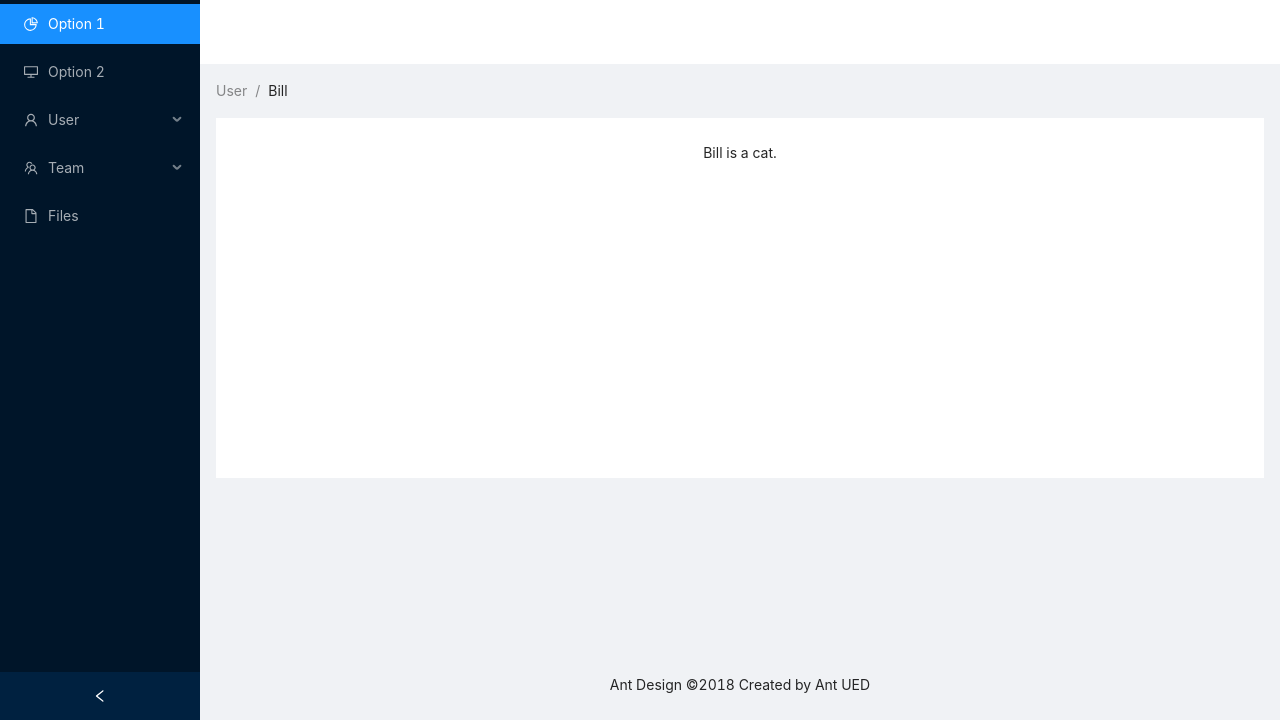
Repository: xstnet/starfire-cloud-fe
Page: /
These files come from the project's save history. The page is drawn as it stood at one moment and after the next save; the edit follows.
The browser window is 1280 px wide. The pictures show the whole page.
The project was rebuilt for these pictures with package versions that can differ from the ones it lists, and the page was loaded fresh each time.

Above is the page before, as saved 2021-09-12 16:08:40.

After the next save:
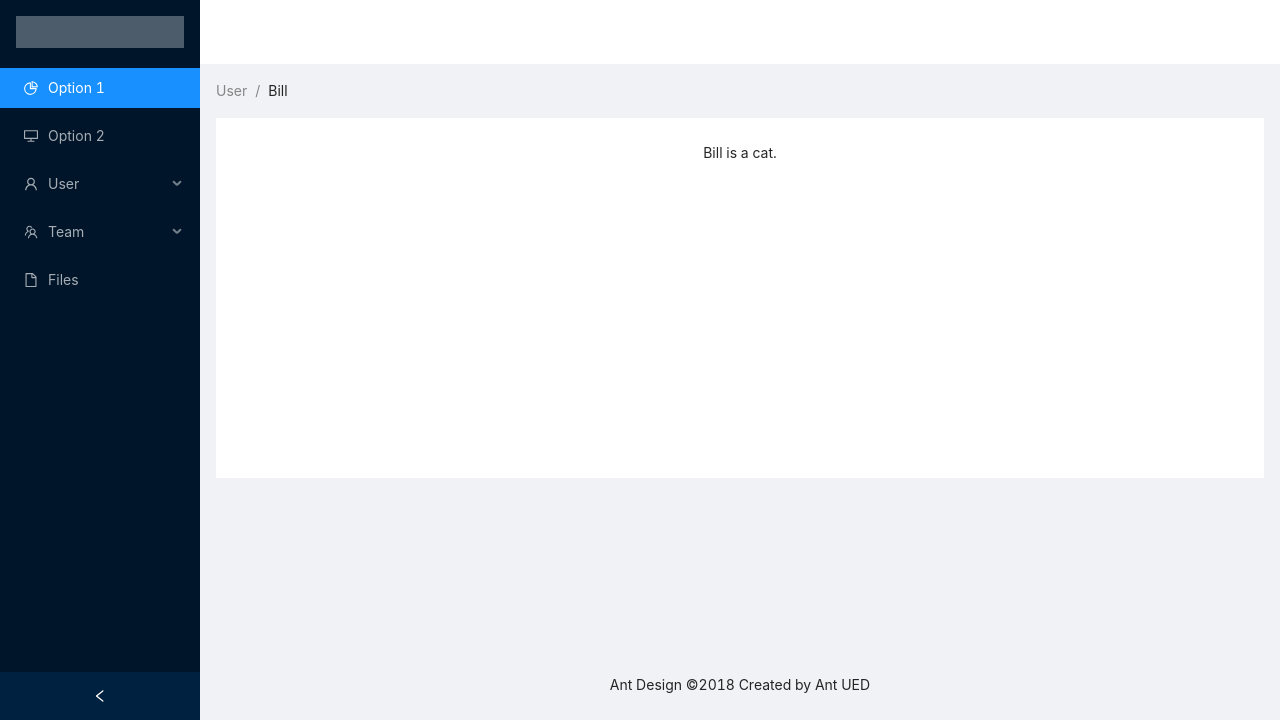
Saved 67 s later.
--- a/src/page/layout/main.css
+++ b/src/page/layout/main.css
@@ -1,4 +1,4 @@
-#components-layout-demo-side .logo {
+ .logo {
     height: 32px;
     margin: 16px;
     background: rgba(255, 255, 255, 0.3);
